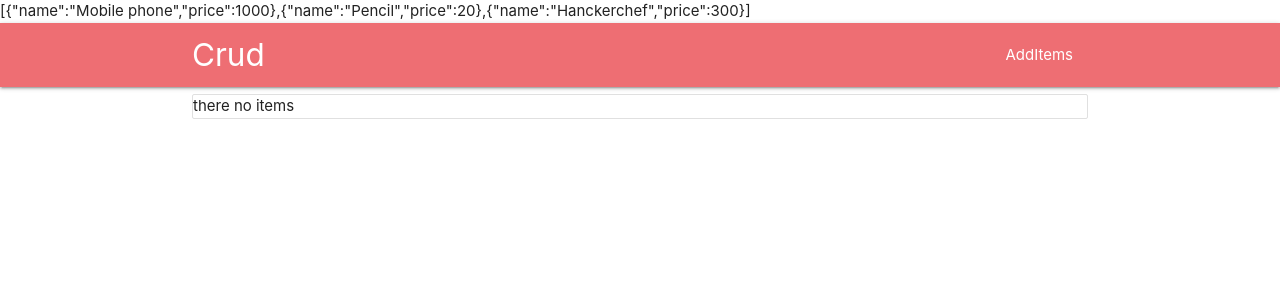
Repository: umarrg/crud-app-ejs-and-nodejs
Page: http://localhost/
An editor plug-in stored every save of this project. The page is shown before and after the next save, followed by the edit.
The browser window is 1280 px wide. The pictures show the whole page.
The page is served by the project's Node server (app.js).

Above is the page before, as saved 2020-12-30 11:53:01.

### views/index.ejs
<!DOCTYPE html>
<html lang="en">
<head>
    <meta charset="UTF-8">
    <meta name="viewport" content="width=device-width, initial-scale=1.0">
    <link rel="stylesheet" href="https://cdnjs.cloudflare.com/ajax/libs/materialize/1.0.0/css/materialize.min.css">
    <link href="https://fonts.googleapis.com/icon?family=Material+Icons" rel="stylesheet">
    <title></title>
</head>
<body>

  <%= JSON.stringify(items) %>
    <nav>
        <div class="nav-wrapper container">
          <a href="/" class="brand-logo">Crud  </a>
          <ul id="nav-mobile" class="right hide-on-med-and-down">
            <li><a href="http://localhost:4000/additem"> AddItems</a></li>

          </ul>
        </div>
      </nav>
      <div class="container">
        <ul class="collection with-header">


           <% if(items.lenght>0) { %>


            <%  items.forEach(item => { %>
                <li class="collection-item"><div>items<a href="#!" class="secondary-content"><i class="material-icons">send</i></a></div></li>
             <% }); %>



          <%  } else { %>
              <li> there no items  </li>
          <%  } %>


        </ul>
      </div>

</body>
</html>

### app.js
const { json } = require('express');
const express = require('express');

const app = express();

app.set('view engine', 'ejs' );

app.get('/', (req, res) => {

    const items =  [
       {name: 'Mobile phone', price: 1000},
       {name: 'Pencil', price: 20},
       {name: 'Hanckerchef', price: 300}
    ];
    res.render('index', {items: items});
});

app.get('/additem', (req, res) => {
    res.render('additem');
});
app.use((req, res) => {
    res.render('error');
});




app.listen(4000, ()=> {
    console.log('our app is running on port 3000');
})

After the next save:
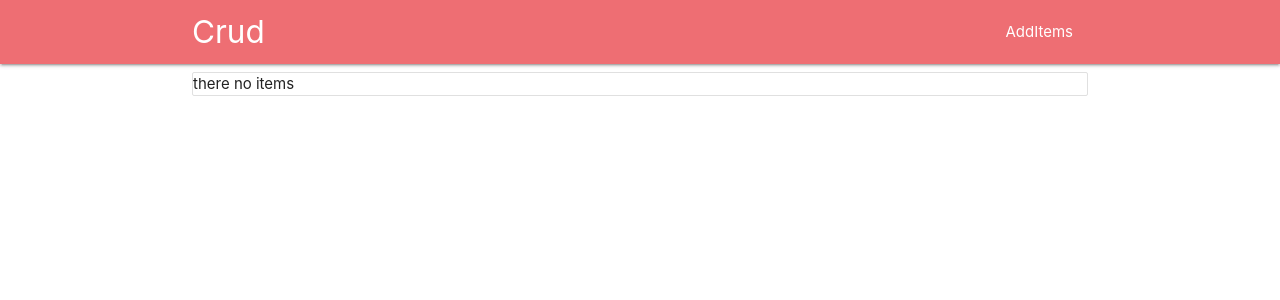
Saved 52 s later.
--- a/views/index.ejs
+++ b/views/index.ejs
@@ -9,7 +9,7 @@
 </head>
 <body>
 
-  <%= JSON.stringify(items) %>
+
     <nav>
         <div class="nav-wrapper container">
           <a href="/" class="brand-logo">Crud  </a>
